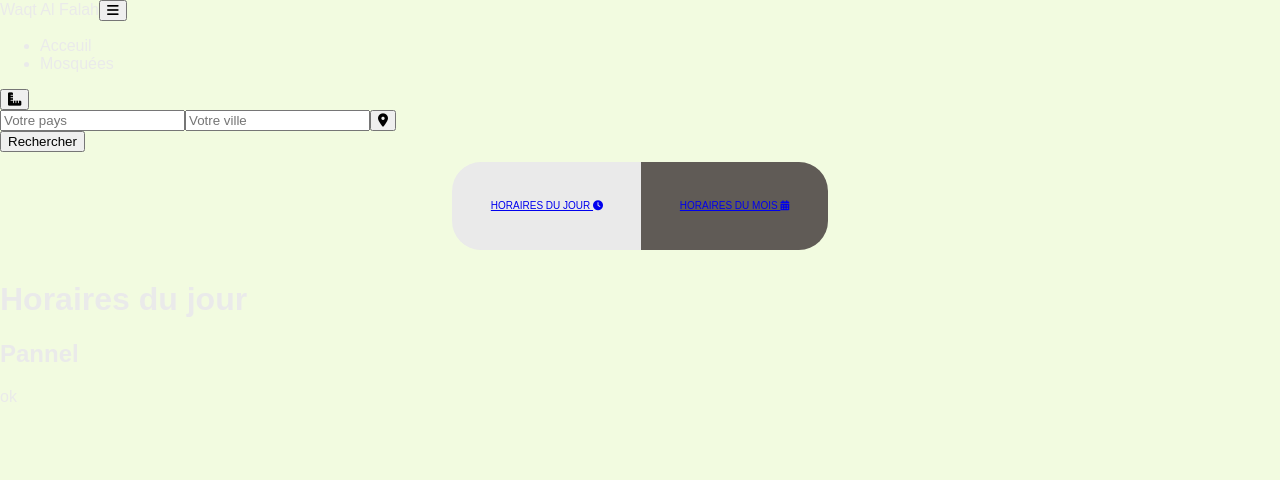
Repository: Lhourquin/Repo-Developpement-React-Prayer-Times
Page: /
The author's editor kept a copy of each file at every save. The page is drawn from the files as they stood at one save, then again after the next save.
The browser window is 1280 px wide. The pictures show the whole page.
The page's requests for data from a server got no answer. Some web libraries are served in a nearby version. The project was rebuilt for these pictures with package versions that can differ from the ones it lists, and the page was loaded fresh each time. No one was signed in, and anything a server would have sent is missing. Also part of the build but not shown: src/components/navbar/NavBar.css, src/components/search-bar/searchbar.css, src/components/calendar-list/row-list.css, src/components/calendar-list/row-list.component.jsx, src/components/Calendar.js, src/components/day-list/horaireslist.css, src/components/time-table-pannel/pannel.css, src/components/DateNow.js.

Above is the page before, as saved 2022-01-30 16:40:48.

After the next save:
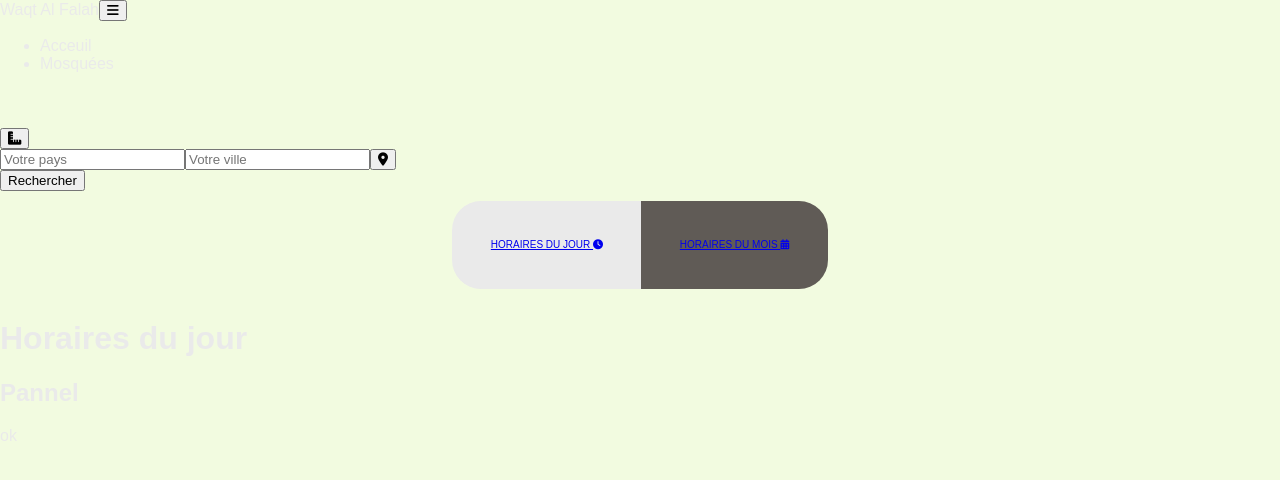
Saved 5 min 12 s later.
--- a/src/components/navbar/NavBar.js
+++ b/src/components/navbar/NavBar.js
@@ -9,7 +9,7 @@ export const NavBar = () => {
   };
 
   return (
-    <nav className={"" + (buttonBurgerIsClicked ? "NavBar__nav " : " NavBar__nav--open ")}>
+    <nav className="NavBar__nav" style={(buttonBurgerIsClicked ? {}: {height : 128})}>
         <span className="NavBar__nav__span--site-name">Waqt Al Falah</span>
         <button
           className="NavBar__nav__button--button-burger"
